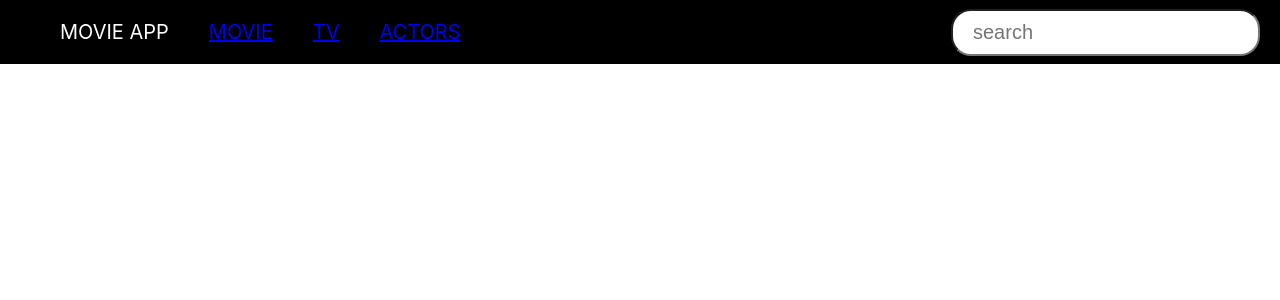
Repository: manahiang/MovieMana
Page: / (app in src/)
An editor plug-in stored every save of this project. The page is shown before and after the next save, followed by the edit.
The browser window is 1280 px wide. The pictures show the whole page.
The project was rebuilt for these pictures with package versions that can differ from the ones it lists, and the page was loaded fresh each time. Also part of the build but not shown: src/src/App.css, src/src/menu/tv-shows.js, src/src/menu/actors.js, src/src/menu/movies.js.

Above is the page before, as saved 2022-11-14 11:48:19.

### src/src/index.css
body {
  margin: 0;
  font-family: -apple-system, BlinkMacSystemFont, 'Segoe UI', 'Roboto', 'Oxygen',
    'Ubuntu', 'Cantarell', 'Fira Sans', 'Droid Sans', 'Helvetica Neue',
    sans-serif;
  -webkit-font-smoothing: antialiased;
  -moz-osx-font-smoothing: grayscale;
  color: white;
}
.header{
  width: 100%;
  height: auto;
  background-color: black;
}
.navbar{
  display: flex;
  justify-content: space-between;
  font-size: 20px;
  text-transform: uppercase;
  align-items: center;
}
.menu ul li{
  display: inline;
  align-items: center;
  justify-content: center;
  padding: 20px;
}
.search{
  align-items: center;
  justify-content: center;
  display: flex;
  padding-right: 20px;
}
.search input{
  font-size: 20px;
  border-radius: 20px;
  padding-left: 30px;
  padding:10px 20px;

}
.menu ul li:hover a{
  color: yellow;
  cursor: pointer;
}

### src/src/App.js
//import logo from './logo.svg';
import './App.css';
import MoiveMana from './movieMana'
import { BrowserRouter, Routes, Route } from "react-router-dom"
import TVShow from './menu/tv-shows';
import Actors from './menu/actors';
import Movies from './menu/movies';

function App() {
  return (
    <BrowserRouter>
      <Routes>
        <Route path='/' element={<MoiveMana/>}>
          <Route path='movies' element={<Movies/>}/>
        </Route>
      </Routes>
    </BrowserRouter>
  );
}
export default App;

### src/src/movieMana.js
import './index.css'
import {Link} from "react-router-dom"

function MoiveMana() {
    return (

        <div className="header">
            <div className="navbar">
                <div className="menu">
                    <ul>
                        <li>Movie App</li>
                        <li><Link to="movies">Movie</Link></li>
                        <li><Link to="tv-shows">TV</Link></li>
                        <li><Link to="movies">Actors</Link></li>
                    </ul>
                </div>
                <div className="search">
                    <input type="text" placeholder="search" />
                </div>
            </div>
        </div>
    )
}
export default MoiveMana;

Loaded but not shown: src/public/index.html (common file); src/src/index.js (common file); src/src/reportWebVitals.js (common file)

After the next save:
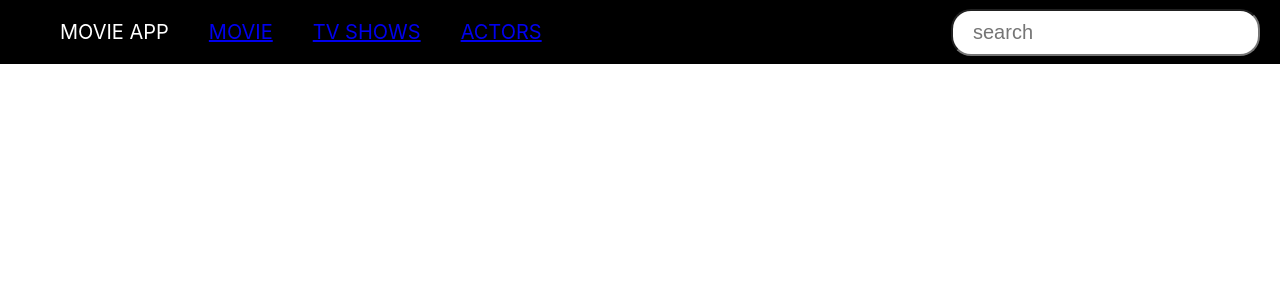
Saved 7 s later.
--- a/src/src/movieMana.js
+++ b/src/src/movieMana.js
@@ -10,7 +10,7 @@ function MoiveMana() {
                     <ul>
                         <li>Movie App</li>
                         <li><Link to="movies">Movie</Link></li>
-                        <li><Link to="tv-shows">TV</Link></li>
+                        <li><Link to="tv-shows">TV shows</Link></li>
                         <li><Link to="movies">Actors</Link></li>
                     </ul>
                 </div>
